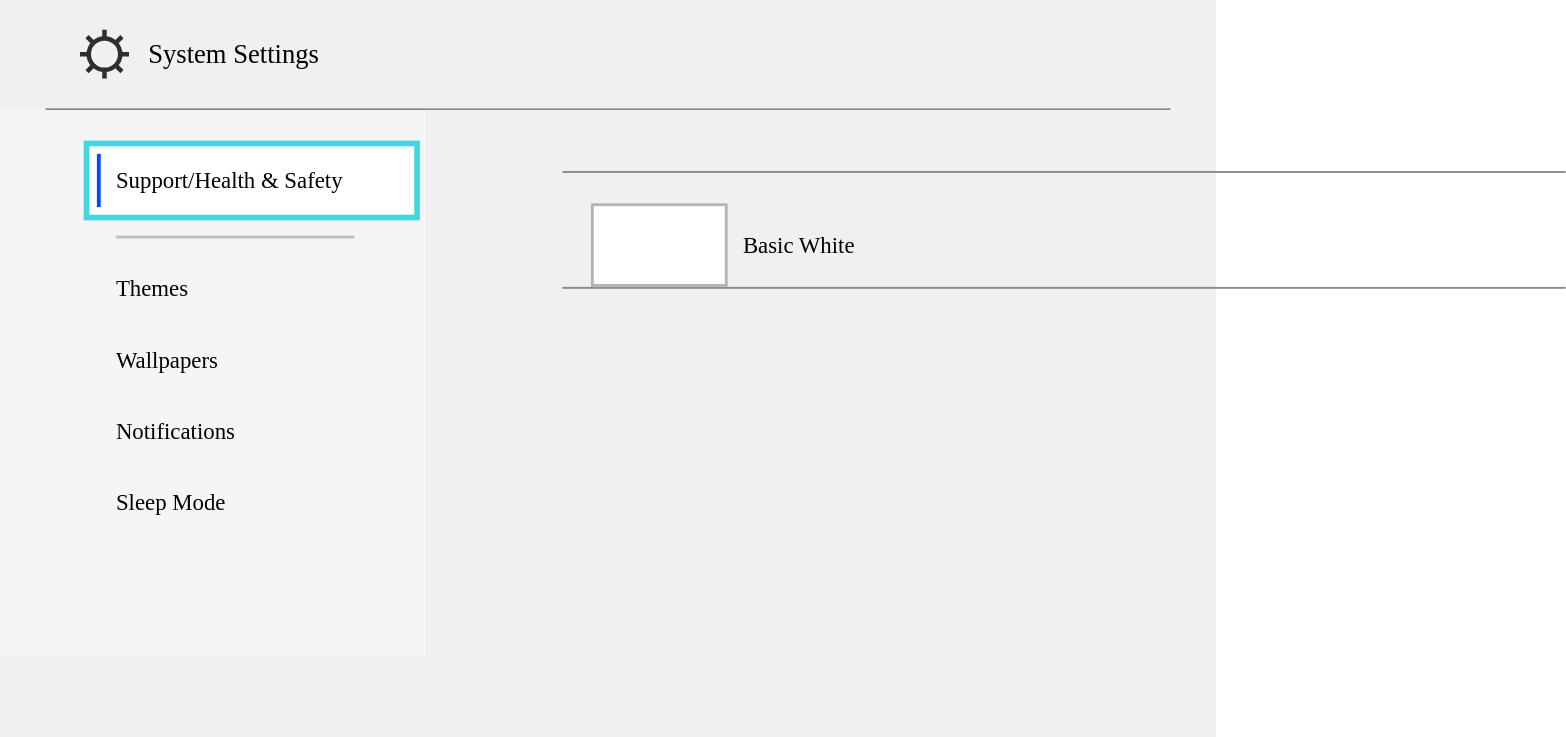
Repository: danielj1415/nintendoSwitchUI2
Page: /settings
An editor plug-in stored every save of this project. The page is shown before and after the next save, followed by the edit.
The browser window is 1280 px wide. The page is 1648 px wide, so the pictures cover 1648 px, including what lies to the right of the window. The pictures show the whole page, at 95% of full size.
The project was rebuilt for these pictures with package versions that can differ from the ones it lists, and the page was loaded fresh each time. Also part of the build but not shown: vite.config.js, src/ScreenHome.jsx.

Above is the page before, as saved 2024-09-28 18:41:00.

### src/App.jsx
import { BrowserRouter as Router, Routes, Route } from "react-router-dom";
import ScreenHome from "./ScreenHome";
import ScreenSettings from "./ScreenSettings";
import './App.css';

function App() {
  return (
    <Router>
      <Routes>
        <Route path="/" element={<ScreenHome />} />
        <Route path="/settings" element={<ScreenSettings />} />
      </Routes>
    </Router>
  );
}

export default App;

### src/ScreenSettings.jsx

import "./ScreenSettings.css";
import iconBrightnessLight from "./assets/icons/iconBrightnessLight.svg";
import { useState, useEffect } from "react";

function ScreenSettings(){

    const settingsOptions = [
        { name: "Support/Health & Safety"},
        { name: "Themes"},
        { name: "Wallpapers"},
        { name: "Notifications"},
        { name: "Sleep Mode"},
        //{ name: "Airplane Mode"}, // Add corresponding images for these games
      ];

      const [selectedIndex, setSelectedIndex] = useState(0);
      const [optionsTheme, setOptionsTheme] = useState(true); // true means the user is on the Themes page for the system settings
      const [optionsWallpaper, setOptionsWallpaper] = useState(false); // true means the user is on the Wallpaper page for the system settings

      useEffect(() => {
        const handleKeyDown = (event) => {
          if (event.key === "ArrowDown") {
            event.preventDefault();
            setSelectedIndex((prevIndex) =>
              prevIndex < settingsOptions.length - 1 ? prevIndex + 1 : 0
            );
          } else if (event.key === "ArrowUp") {
            event.preventDefault();
            setSelectedIndex((prevIndex) =>
              prevIndex > 0 ? prevIndex - 1 : settingsOptions.length - 1
            );
          }
        };

        window.addEventListener("keydown", handleKeyDown);

        // Clean up the event listener
        return () => {
          window.removeEventListener("keydown", handleKeyDown);
        };
      }, [settingsOptions.length]);

    return(
        <div className = "settingsScreen">
            <div className = "topMenuSettings">
                <div className = "topMenuRow">
                    <img src = {iconBrightnessLight} className = "iconBrightnessLight marginRight28 marginLeft108"/>
                    <p className = "headingText">System Settings</p>
                </div>
                <div className = "divider"/>
            </div>
            <div className="middleMenuSettings">
            <div className="leftMenuSettings">
            <div className = "spacer"/>
            {/* Render the first option separately */}
            {settingsOptions.slice(0, 1).map((option, index) => (
                <div
                    key={index}
                    className={`leftMenuOptions ${
                        selectedIndex === index ? "selectedOption" : "unselectedOption"
                    }`}
                >
                    {selectedIndex === index && (
                        <div className="selectedOptionLine marginLeft8 marginRight16" />
                    )}
                    <div>
                        <p className={`subheadingText`}>{option.name}</p>
                    </div>
                    {/* Add a line after the first option */}
                    <div className="lineAfterOption"></div>
                </div>
            ))}
            <div className = "square"/>
            {/* Render the remaining options */}
            {settingsOptions.slice(1).map((option, index) => (
            <div
                key={index + 1}  // Offset index for the remaining items
                className={`leftMenuOptions ${
                    selectedIndex === index + 1 ? "selectedOption" : "unselectedOption"
                }`}
            >
                {selectedIndex === index + 1 && (
                    <div className="selectedOptionLine marginLeft8 marginRight16" />
                )}
                <div>
                    <p className={`subheadingText`}>{option.name}</p>
                </div>
            </div>
            ))}
            </div>
                <div className="rightMenuSettings">
                {optionsTheme === true && ( // theme page on system settings
                    <div className = "themePage">
                        <div className = "themeLine marginTop64"></div>
                        <div className = "themeRow marginLeft174 marginTop32">
                            <div className = "themeWhiteRectangle marginRight16"></div>
                            <p className = "subheadingText">Basic White</p>
                        </div>
                        <div className = "themeLine"></div>
                    </div>
                )}
                {optionsWallpaper === true && ( // wallpaper page on system settings
                    <div className = "wallpaperPage">
                        Your mom's wallpaper
                    </div>
                )}
                </div>
            </div>
            <div className = "bottomMenuSettings"></div>
        </div>
    )
}

export default ScreenSettings;

### src/App.css
html, body {
  margin: 0;
  padding: 0;
  height: 100%;
  width: 100%;
}

.appScreen{
  display: flex;
  justify-content: center;
  align-items: center;
  height: 100vh;
}

### src/ScreenHome.css

@import "./fonts.css";

/* Set the container to relative positioning */
.homeScreen {
    position: relative;
    width: 100vw;
    height: 100vh;
    overflow-x: hidden;
  }

  /* Set the image to cover the entire container */
  .wallpaper {
    position: absolute;
    top: 0;
    left: 0;
    width: 100%;
    height: 100%;
    object-fit: cover; /* Ensure the image covers the whole area */
    z-index: -1; /* Send the image to the background */
  }

  /* Row of squares */
  .square-row {
    display: flex;
    justify-content: space-between; /* Space the squares evenly */
    position: relative; /* Ensure it's positioned on top of the image */
    width: 100%;
    height: 460px; /* Adjust the height of the row */
    z-index: 1; /* Ensure the row stays above the image */
    top: 50%; /* Vertically center the row */
    transform: translateY(-340px); /* Adjust the top positioning for perfect centering */
    margin-left: 80px;
    gap: 32px;
  }

  /* Individual squares */
  .game {
    flex-shrink: 0;
    width: 360px;
    height: 360px;
    background-color: rgba(255, 255, 255, 0.2); /* Add some transparency */
    backdrop-filter: blur(15px); /* Apply the blur effect to the background */
    transition: all 0.3s ease; /* Smooth transition when selecting */
    display: flex; /* Enable Flexbox */
        justify-content: center; /* Horizontally center the image */
        align-items: center; /* Vertically center the image */
        box-shadow: 0 4px 8px rgba(0, 0, 0, 0.5); /* Add a soft shadow */
  }

  /* Selected game styles */
.game.selected {
    width: 440px; /* Increase the size of the selected game */
    height: 440px;
    transform: translateY(-60px);
  }

  .game-name {
    position: absolute;
    font-family: "Nintendo Switch UI";
    white-space: nowrap; /* Ensure the text stays on one line */
    left: 50%; /* Center the text horizontally */
    transform: translateX(-50%); /* Ensure centering within its container */
    height: 100px;
    top: -100px;
    width: 600px;

  }

  .game-name-text{
    color: #43D6DF;
    font-size: 36px;
    text-align: center;
  }
  .game-image {
    width: 92%;
    height: 92%;
    object-fit: cover; /* Ensure the image covers the entire div */
  }
  .game-image {
    opacity: 0.5; /* Make the image 50% opaque */
    transition: opacity 0.3s ease; /* Smooth transition for the opacity change */
  }

  /* Selected game's image (full opacity) */
  .game.selected .game-image {
    opacity: 1; /* Full opacity for the selected game's image */
  }

  .profileIconContainer{
    display: flex;
    flex-direction: column; /* Ensure the number and image are stacked vertically */
    align-items: center; /* Center the number and image horizontally */
    width: 64px;
    margin-left: 80px;
  }

  .imageProfile{
    width: 48px;
    height: 48px;
    border-radius: 50%;
    border: 3px solid #43D6DF;
    margin-top: -24px;
  }

  .profileFriends{
    font-family: "Nintendo Switch UI";
    font-size: 24px;
    color: #43D6DF
  }

  .circle-row{
    display: flex;
    gap: 28px;
    justify-content: center;
    margin-top: 96px;
  }

  .icons{
    width: 90px;
    height: 90px;
    border-radius: 50%;
    background-color: rgba(255, 255, 255, 0.3); /* Add some transparency */
    box-shadow: 0 4px 8px rgba(0, 0, 0, 0.5); /* Add a soft shadow */
    backdrop-filter: blur(15px);
  }

  .iconRowCircle{
    width: 90px;
    height: 90px;
    border-radius: 50%;
    background-color: rgba(255, 255, 255, 0.3); /* Add some transparency */
    box-shadow: 0 3px 6px rgba(0, 0, 0, 0.3); /* Add a soft shadow */
    backdrop-filter: blur(15px);
    display: flex;
    align-items: center;
    justify-content: center;
    position: relative;
  }

  .iconRowImage{
    width: 48px;
    height: 48px;
  }

  .iconRowImage2{
    width: 52px;
    height: 52px;
    margin-left: 4px;
    margin-top: 4px;
  }


.selectedIcon {
  position: relative;
}

.selectedIcon::before {
  content: "";
  position: absolute;
  top: -4px;
  left: -4px;
  width: calc(100%);
  height: calc(100%);
  border: 4px solid #43D6DF;
  border-radius: 50%;
  pointer-events: none;
}

  .bottomMenu{
    margin-left: 80px;
    margin-right: 80px;
    margin-top: 72px;
  }

  .lineDivider{
    height: 2px;
    width:auto;
    background-color: #ffffff;
  }

  .iconSwitchLight{
    width: 96px;
    height: 44px;
    box-shadow: 0 4px 8px rgba(0, 0, 0, 0.5);
    border-radius: 8px;
  }

  .bottomMenuRow{
    display: flex;
    align-items: center;
    justify-content: space-between;
    margin-top: 28px;
  }

  .bottomMenuRowIcons{
    width: 400px;
    height: 44px;
    display: flex;
    align-items: center;
    justify-content: end;
  }

  .iconA{
    width: 36px;
    height: 36px;
    box-shadow: 0 4px 8px rgba(0, 0, 0, 0.5);
    border-radius: 50%;
  }

  .iconOptions{
    width: 36px;
    height: 36px;
    box-shadow: 0 4px 8px rgba(0, 0, 0, 0.5);
    border-radius: 50%;
  }

  .bottomMenuRowText{
    font-family: "Nintendo Switch UI";
    color: white;
    font-size: 26px;
    text-shadow: 0 0 10px rgba(255, 255, 255, 0.8),
  }

  .marginRight20{
    margin-right: 20px;
  }

  .marginLeft84{
    margin-left: 84px;
  }

  @media (max-height: 800px) and (min-height: 700px)
  {
    .game {
        flex-shrink: 0;
        width: 306px;
        height: 306px;
        background-color: rgba(255, 255, 255, 0.3); /* Add some transparency */
        backdrop-filter: blur(15px); /* Apply the blur effect to the background */
        transition: all 0.3s ease; /* Smooth transition when selecting */
        display: flex; /* Enable Flexbox */
        justify-content: center; /* Horizontally center the image */
        align-items: center; /* Vertically center the image */
        box-shadow: 0 4px 8px rgba(0, 0, 0, 0.5); /* Add a soft shadow */
      }

      /* Selected game styles */
    .game.selected {
        width: 380px; /* Increase the size of the selected game */
        height: 380px;
        transform: translateY(-60px);
      }
      .game-name-text{
        color: #43D6DF;
        font-size: 32px;
        text-align: center;
      }
      .game-name {
        position: absolute;
        font-family: "Nintendo Switch UI";
        white-space: nowrap; /* Ensure the text stays on one line */
        left: 50%; /* Center the text horizontally */
        transform: translateX(-50%); /* Ensure centering within its container */
        height: 100px;
        top: -80px;
        width: 600px;
      }
      .square-row {
        display: flex;
        justify-content: space-between; /* Space the squares evenly */
        position: relative; /* Ensure it's positioned on top of the image */
        width: 100%;
        height: 360px; /* Adjust the height of the row */
        z-index: 1; /* Ensure the row stays above the image */
        top: 50%; /* Vertically center the row */
        transform: translateY(-280px); /* Adjust the top positioning for perfect centering */
        margin-left: 80px;
        gap: 32px;
      }
      .game-image {
        width: 92%;
        height: 92%;
        object-fit: cover; /* Ensure the image covers the entire div */
      }
      .game-image {
        opacity: 0.5; /* Make the image 50% opaque */
        transition: opacity 0.3s ease; /* Smooth transition for the opacity change */
      }

      /* Selected game's image (full opacity) */
      .game.selected .game-image {
        opacity: 1; /* Full opacity for the selected game's image */
      }
      .circle-row{
        display: flex;
        gap: 28px;
        justify-content: center;
        margin-top: 96px;
        height: 1px;
      }

      .icons{
        width: 72px;
        height: 72px;
        border-radius: 50%;
        background-color: rgba(255, 255, 255, 0.3); /* Add some transparency */
        box-shadow: 0 4px 8px rgba(0, 0, 0, 0.5); /* Add a soft shadow */
        backdrop-filter: blur(15px);
      }

      .iconRowCircle{
        width: 72px;
        height: 72px;
        border-radius: 50%;
        background-color: rgba(255, 255, 255, 0.3); /* Add some transparency */
        box-shadow: 0 3px 6px rgba(0, 0, 0, 0.3); /* Add a soft shadow */
        backdrop-filter: blur(15px);
        display: flex;
        align-items: center;
        justify-content: center;
        position: relative;
      }

      .iconRowImage{
        width: 40px;
        height: 40px;
      }

      .iconRowImage2{
        width: 48px;
        height: 48px;
        margin-left: 4px;
        margin-top: 4px;
      }


    .selectedIcon {
      position: relative;
    }

    .selectedIcon::before {
      content: "";
      position: absolute;
      top: -4px;
      left: -4px;
      width: calc(100%);
      height: calc(100%);
      border: 4px solid #43D6DF;
      border-radius: 50%;
      pointer-events: none;
    }
    .bottomMenu{
      margin-left: 80px;
      margin-right: 80px;
      height: 1px;
      margin-top: 108px;
    }

    .lineDivider{
      height: 2px;
      width:auto;
      background-color: #ffffff;
    }

    .iconSwitchLight{
      width: 84px;
      height: 52px;
      margin-top: 16px;
    }
    .bottomMenuRow{
      display: flex;
      align-items: center;
      justify-content: space-between;
      margin-top: 4px;
    }
    .iconA{
      width: 28px;
      height: 28px;
      box-shadow: 0 4px 8px rgba(0, 0, 0, 0.5);
      border-radius: 50%;
    }

    .iconOptions{
      width: 28px;
      height: 28px;
      box-shadow: 0 4px 8px rgba(0, 0, 0, 0.5);
      border-radius: 50%;
    }

    .bottomMenuRowText{
      font-family: "Nintendo Switch UI";
      color: white;
      font-size: 22px;
      text-shadow: 0 0 10px rgba(255, 255, 255, 0.8),
    }

}
@media (max-height: 920px) and (min-height: 800px)
{
  .lineDivider{
    height: 2px;
    width:auto;
    background-color: white;
  }
  .square-row {
    transform: translateY(-320px); /* Adjust the top positioning for perfect centering */
  }
  .circle-row{
    margin-top: 72px;
  }
}

### src/ScreenSettings.css

    @import "./fonts.css";

    .topMenuSettings{
        width: 100%;
        background-color: #F0F0F0;
    }

    .topMenuRow{
        display: flex;
        align-items: center;
        background-color: #F0F0F0;
        height: 142px;
    }

    .bottomMenuSettings{
        width: 100%;
        height: 116px;
        background-color: #F0F0F0;
    }

    .middleMenuSettings{
        display: flex;
    }

    .leftMenuSettings{
        width: 32%;
        height: 690px;
        background-color: #F5F5F5;
    }

    .rightMenuSettings{
        width: 68%;
        height: 690px;
        background-color: #F0F0F0;
    }

    .iconBrightnessLight{
        width: 66px;
        height: 66px;
    }

    .headingText{
        font-size: 34px;
        font-family: "Nintendo Switch UI";
    }

    .marginRight28{
        margin-right: 28px;
    }

    .marginLeft108{
        margin-left: 108px;
    }

    .divider{
        height: 2px;
        margin-left:48px;
        margin-right: 48px;
        background-color: #8B8B8B;
        justify-content: center;
    }

    .subheadingText{
        font-family: "Nintendo Switch UI";
        font-size: 30px;
    }

    .bottomMenuSettings{
        z-index: 1;
        position: absolute;
    }
    .selectedOption {
        width: 432px;
        height: 94px;
        background-color: #FFFFFF;
        border: 6px solid #43D6DF;
        display: flex; /* Use flexbox to align the blue line and text horizontally */
        align-items: center; /* Vertically center the items inside */
        margin-left: 122px;
    }
    .unselectedOption{
        margin-left: 160px;
        display: flex; /* Use flexbox to align the blue line and text horizontally */
        align-items: center; /* Vertically center the items inside */
    }
    .selectedOptionSub{
        display: flex;
        align-items: center;
        height: 72px;
    }
    .marginLeft8{
        margin-left: 8px;
    }

    .marginRight16{
        margin-right: 18px;
    }

    .marginLeftselectedOption{
        margin-left: 88px;
    }

    .spacer{
        width: 4px;
        height: 32px;
        background-color: #F5F5F5;
    }

    .square {
        width: 432px;    /* Set the width of the square */
        height: 2px;   /* Set the height of the square */
        background-color: #8B8B8B; /* You can change the color of the square */
        margin-top: 16px;
        margin-bottom: 16px;
        margin-left: 128px;
    }

    .selectedOptionLine{
        height: 72px;
        width: 6px;
        background-color: #0047FF;
    }

    .themeLine{
        height: 2px;
        width: 1056px;
        margin-left: 144px;
        background-color: #8B8B8B;
    }

    .themeRow{
        display: flex;
        align-items: center;
    }

    .themeWhiteRectangle{
        width: 138px;
        height: 82px;
        background-color: white;
        border: 3px solid #B3B3B3;
    }

    .marginLeft174{
        margin-left: 174px;
    }

    .marginTop32{
        margin-top: 32px;
    }

    .marginTop64{
        margin-top: 64px;
    }


    @media (max-height: 800px) and (min-height: 700px)
    {
        .headingText{
            font-size: 28px;
            font-family: "Nintendo Switch UI";
        }
        .subheadingText{
            font-family: "Nintendo Switch UI";
            font-size: 24px;
        }
        .iconBrightnessLight{
            width: 52px;
            height: 52px;
        }
        .leftMenuOptions{
            margin-left: 0px;
            margin-top: 0px;
        }
        .marginRight28{
            margin-right: 20px;
        }

        .marginLeft108{
            margin-left: 84px;
        }
        .topMenuRow{
            display: flex;
            align-items: center;
            background-color: #F0F0F0;
            height: 114px;
        }
        .bottomMenuSettings{
            width: 100%;
            height: 86px;
            background-color: #F0F0F0;
        }
        .leftMenuSettings{
            width: 35%;
            height: 574px;
            background-color: #F5F5F5;
        }

        .rightMenuSettings{
            width: 65%;
            height: 574px;
            background-color: #F0F0F0;
        }

        .marginLeft124{
            margin-left: 124px;
        }

        .selectedOption {
            width: 342px;
            height: 72px;
            background-color: #FFFFFF;
            border: 6px solid #43D6DF;
            display: flex; /* Use flexbox to align the blue line and text horizontally */
            align-items: center; /* Vertically center the items inside */
            margin-left: 88px;
        }
        .unselectedOption{
            margin-left: 122px;
            display: flex; /* Use flexbox to align the blue line and text horizontally */
            align-items: center; /* Vertically center the items inside */
        }

        .selectedOptionSub{
            display: flex;
            align-items: center;
            height: 72px;
        }

        .selectedOptionLine{
            height: 56px;
            width: 4px;
            background-color: #0047FF;
        }

        .marginLeft8{
            margin-left: 8px;
        }

        .marginRight16{
            margin-right: 16px;
        }

        .marginLeftselectedOption{
            margin-left: 88px;
        }

        .spacer{
            width: 4px;
            height: 32px;
            background-color: #F5F5F5;
        }

        .square {
            width: 56%;    /* Set the width of the square */
            height: 3px;   /* Set the height of the square */
            background-color: #C0C0C0; /* You can change the color of the square */
            margin-left: 122px;
            margin-top: 16px;
            margin-bottom: 16px;
        }


    }

### src/fonts.css

@font-face {
    font-family: "Nintendo Switch";
    src: url("/src/assets/fonts/NINTENDOSWITCHUI.TTF");
  }

Loaded but not shown: index.html (common file); src/main.jsx (common file)

After the next save:
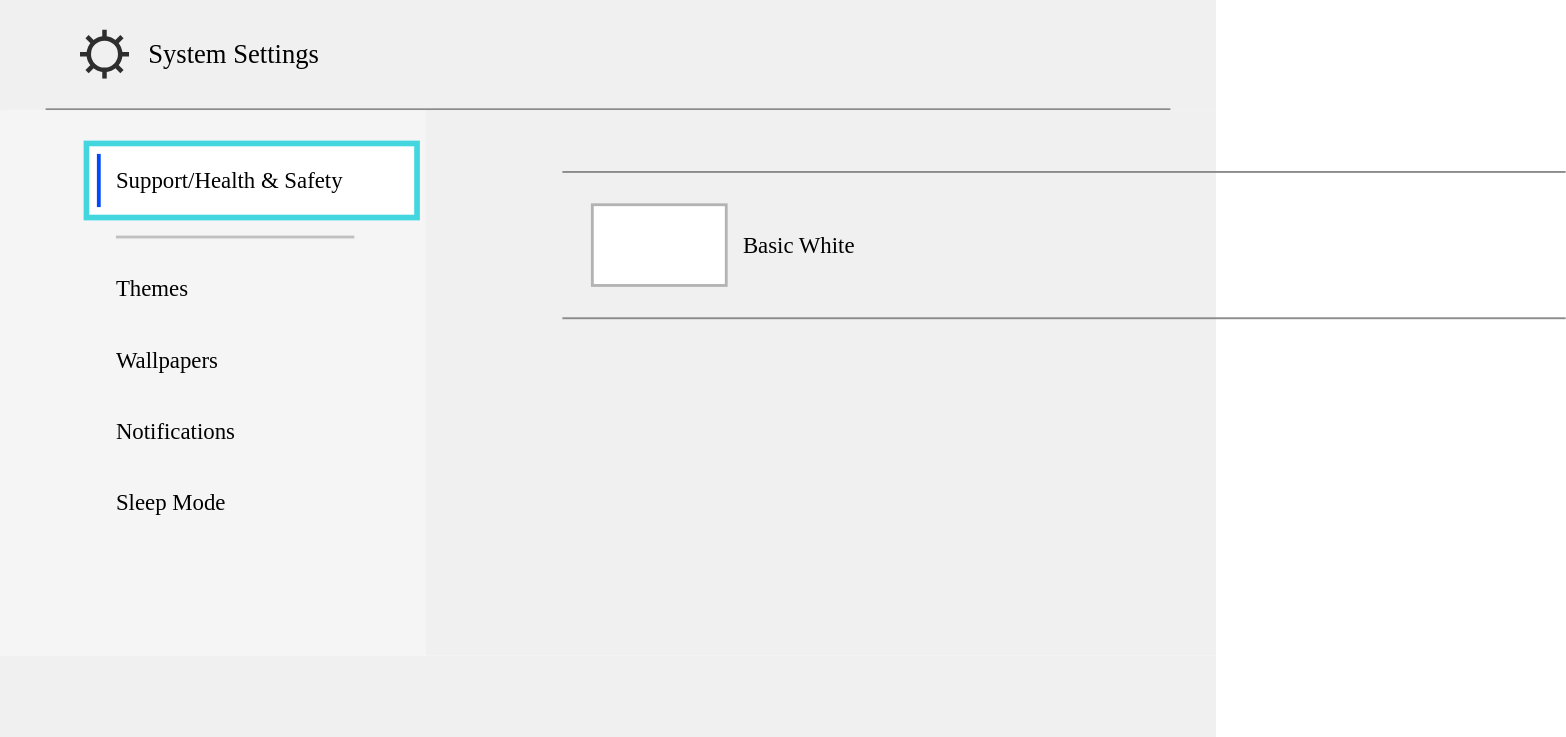
Saved 9 s later.
--- a/src/ScreenSettings.jsx
+++ b/src/ScreenSettings.jsx
@@ -97,7 +97,7 @@ function ScreenSettings(){
                             <div className = "themeWhiteRectangle marginRight16"></div>
                             <p className = "subheadingText">Basic White</p>
                         </div>
-                        <div className = "themeLine"></div>
+                        <div className = "themeLine marginTop32"></div>
                     </div>
                 )}
                 {optionsWallpaper === true && ( // wallpaper page on system settings
